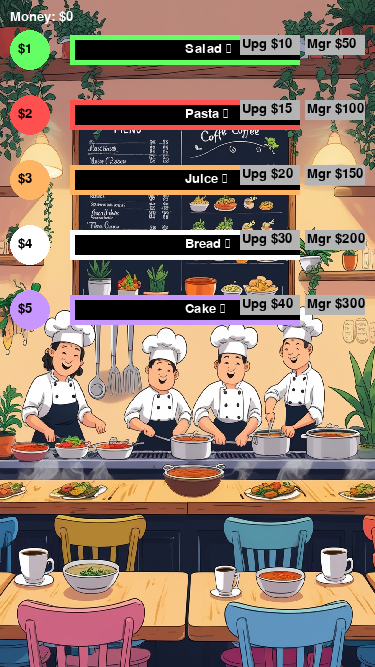
Repository: jontslater/idleclicker
Script's output: python main.py
These files come from the project's save history. The script's output is drawn as it stood at one moment and after a run of saves; the edit follows.
The window is shown after at most 60 frames with no key pressed. Random numbers start from a fixed seed. It also reads ChefCircle.png, Leonardo_Phoenix_10_A_cozy_cartoonstyle_restaurant_interior_wa_1.jpg.

Above is the script's output before, as saved 2025-04-20 11:32:53.

### main.py
import pygame

pygame.init()

# Screen setup (phone dimensions)
screen = pygame.display.set_mode([375, 667])
pygame.display.set_caption('Idle Restaurant')

# Load and scale background
background_img = pygame.image.load("c:/Users/lisaa/workspace/idleclicker/Leonardo_Phoenix_10_A_cozy_cartoonstyle_restaurant_interior_wa_1.jpg").convert()
background_img = pygame.transform.scale(background_img, (375, 667))
background = background_img

# Colors
red = (255, 80, 80)
green = (100, 255, 100)
orange = (255, 180, 100)
white = (255, 255, 255)
black = (0, 0, 0)
purple = (200, 150, 255)
gray = (180, 180, 180)

# Font and clock
font = pygame.font.Font(None, 20)
framerate = 60
timer = pygame.time.Clock()

# Game values
score = 0

# Station data
stations = [
    {"name": "Salad 🥗", "color": green, "value": 1, "speed": 5, "length": 0, "draw": False, "auto": False, "upgrade_cost": 10, "manager_cost": 50, "manager_level": 0},
    {"name": "Pasta 🍝", "color": red, "value": 2, "speed": 4, "length": 0, "draw": False, "auto": False, "upgrade_cost": 15, "manager_cost": 100, "manager_level": 0},
    {"name": "Juice 🍊", "color": orange, "value": 3, "speed": 3, "length": 0, "draw": False, "auto": False, "upgrade_cost": 20, "manager_cost": 150, "manager_level": 0},
    {"name": "Bread 🍞", "color": white, "value": 4, "speed": 2, "length": 0, "draw": False, "auto": False, "upgrade_cost": 30, "manager_cost": 200, "manager_level": 0},
    {"name": "Cake 🍰", "color": purple, "value": 5, "speed": 1, "length": 0, "draw": False, "auto": False, "upgrade_cost": 40, "manager_cost": 300, "manager_level": 0},
]


def draw_station(station, y):
    global score

    if station["auto"]:
        station["draw"] = True

    # Progress logic
    if station["draw"] and station["length"] < 200:
        station["length"] += station["speed"]
    elif station["draw"] and station["length"] >= 200:
        station["draw"] = False
        station["length"] = 0
        score += station["value"]

    # Icons and progress bar
    pygame.draw.circle(screen, station["color"], (30, y), 20)
    pygame.draw.rect(screen, station["color"], [70, y - 15, 230, 30])
    pygame.draw.rect(screen, black, [75, y - 10, 225, 20])
    pygame.draw.rect(screen, station["color"], [70, y - 15, station["length"], 30])

    # Text and buttons
    label = font.render(station["name"], True, white)
    screen.blit(label, (70 + (230 - station["length"]) // 2, y - 8))

    value_text = font.render(f"${station['value']}", True, black)
    screen.blit(value_text, (18, y - 8))

    # Buttons
    upg_btn = pygame.Rect(240, y - 15, 60, 20)
    mgr_btn = pygame.Rect(305, y - 15, 60, 20)

    pygame.draw.rect(screen, gray, upg_btn)
    pygame.draw.rect(screen, gray, mgr_btn)

    upg_label = font.render(f"Upg ${station['upgrade_cost']}", True, black)
    mgr_label = font.render(f"Mgr ${station['manager_cost']}", True, black)
    screen.blit(upg_label, (upg_btn.x + 2, upg_btn.y + 2))
    screen.blit(mgr_label, (mgr_btn.x + 2, mgr_btn.y + 2))

    return pygame.Rect(10, y - 20, 40, 40), upg_btn, mgr_btn


running = True
while running:
    timer.tick(framerate)
    screen.blit(background, (0, 0))

    # Draw stations and cache button rects
    station_rects = []
    for i, station in enumerate(stations):
        task_y = 50 + i * 65
        rects = draw_station(station, task_y)
        station_rects.append(rects)

    # Score display
    money_text = font.render(f"Money: ${round(score, 2)}", True, white)
    screen.blit(money_text, (10, 10))

    pygame.display.update()

    # Event handling
    for event in pygame.event.get():
        if event.type == pygame.QUIT:
            running = False

        if event.type == pygame.MOUSEBUTTONDOWN:
            for i, station in enumerate(stations):
                task_rect, upg_rect, mgr_rect = station_rects[i]

                if task_rect.collidepoint(event.pos) and not station["auto"]:
                    station["draw"] = True

                if upg_rect.collidepoint(event.pos) and score >= station["upgrade_cost"]:
                    score -= station["upgrade_cost"]
                    station["speed"] += 1
                    station["upgrade_cost"] += 10

                if mgr_rect.collidepoint(event.pos) and score >= station["manager_cost"]:
                    score -= station["manager_cost"]
                    station["auto"] = True
                    station["manager_level"] += 1
                    station["manager_cost"] = int(station["manager_cost"] * 1.5)

pygame.quit()

After the next 2 saves:
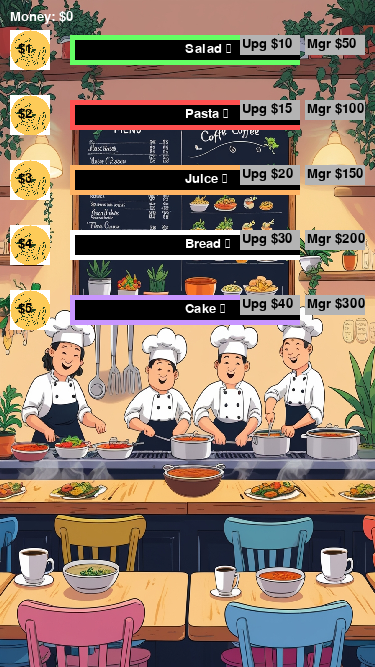
The 2 saves are shown as one change because 1 did not build or start.
The last was saved 25 h 33 min later.
--- a/main.py
+++ b/main.py
@@ -10,6 +10,8 @@ pygame.display.set_caption('Idle Restaurant')
 background_img = pygame.image.load("c:/Users/lisaa/workspace/idleclicker/Leonardo_Phoenix_10_A_cozy_cartoonstyle_restaurant_interior_wa_1.jpg").convert()
 background_img = pygame.transform.scale(background_img, (375, 667))
 background = background_img
+
+Icon_img = pygame.image.load("C:/Users/lisaa/workspace/idleclicker/ChefCircle.png")
 
 # Colors
 red = (255, 80, 80)
@@ -52,13 +54,17 @@ def draw_station(station, y):
         station["length"] = 0
         score += station["value"]
 
-    # Icons and progress bar
-    pygame.draw.circle(screen, station["color"], (30, y), 20)
+    # Draw station icon using the image
+    icon_scaled = pygame.transform.scale(Icon_img, (40, 40))
+    icon_rect = pygame.Rect(10, y - 20, 40, 40)
+    screen.blit(icon_scaled, icon_rect.topleft)
+
+    # Progress bar background
     pygame.draw.rect(screen, station["color"], [70, y - 15, 230, 30])
     pygame.draw.rect(screen, black, [75, y - 10, 225, 20])
     pygame.draw.rect(screen, station["color"], [70, y - 15, station["length"], 30])
 
-    # Text and buttons
+    # Text
     label = font.render(station["name"], True, white)
     screen.blit(label, (70 + (230 - station["length"]) // 2, y - 8))
 
@@ -77,7 +83,7 @@ def draw_station(station, y):
     screen.blit(upg_label, (upg_btn.x + 2, upg_btn.y + 2))
     screen.blit(mgr_label, (mgr_btn.x + 2, mgr_btn.y + 2))
 
-    return pygame.Rect(10, y - 20, 40, 40), upg_btn, mgr_btn
+    return icon_rect, upg_btn, mgr_btn
 
 
 running = True
